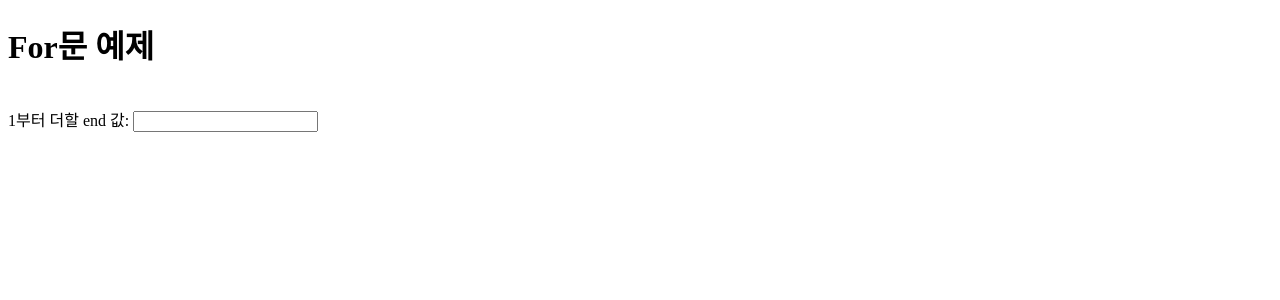
Repository: Endki/self_study_wep
Page: http://localhost/self-study-04/forForm.jsp
These files come from the project's save history. The page is drawn as it stood at one moment and after the next save; the edit follows.
The browser window is 1280 px wide. The pictures show the whole page.
The page is served by Tomcat 9.

Above is the page before, as saved 2018-08-07 01:27:11.

### self_study/self-study-04/WebContent/forForm.jsp
<%@ page language="java" contentType="text/html; charset=UTF-8"
    pageEncoding="UTF-8"%>
<!DOCTYPE html>
<html>
<head>
<meta charset="UTF-8">
<title>Insert title here</title>
</head>
<body>
<h1>For문 예제</h1>
<br>
1부터 더할 end 값: <input type = "text" name="sum" ><br>
</body>
</html>

After the next save:
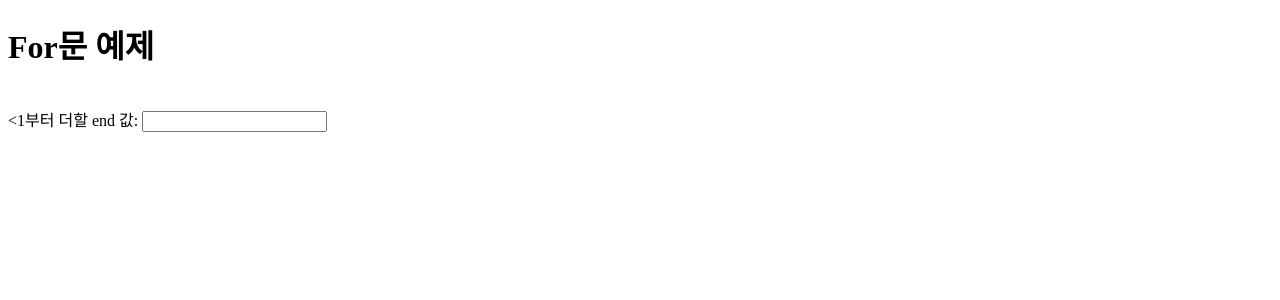
Saved 19 s later.
--- a/self_study/self-study-04/WebContent/forForm.jsp
+++ b/self_study/self-study-04/WebContent/forForm.jsp
@@ -4,11 +4,12 @@
 <html>
 <head>
 <meta charset="UTF-8">
-<title>Insert title here</title>
+<title>for문</title>
 </head>
 <body>
 <h1>For문 예제</h1>
 <br>
-1부터 더할 end 값: <input type = "text" name="sum" ><br>
+<1부터 더할 end 값:
+<input type = "text" name="sum" ><br>
 </body>
 </html>
